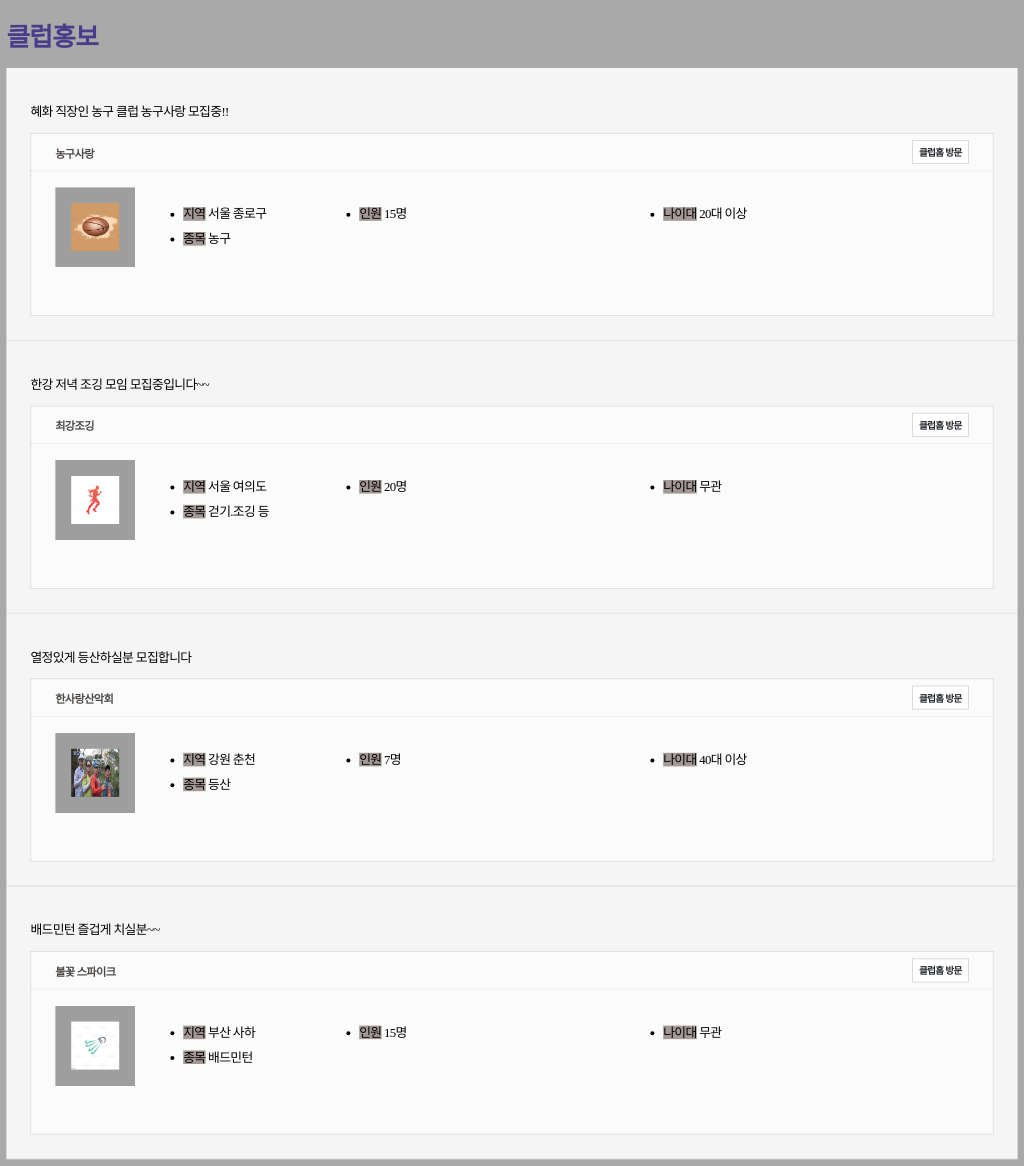
Repository: jaemin333/study
Page: club.html
The author's editor kept a copy of each file at every save. The page is drawn from the files as they stood at one save, then again after the next save.
The browser window is 1280 px wide. The pictures show the whole page, at 80% of full size.
Pictures or frames that could not be fetched are drawn as grey boxes.

Above is the page before, as saved 2021-07-02 22:04:24.

After the next save:
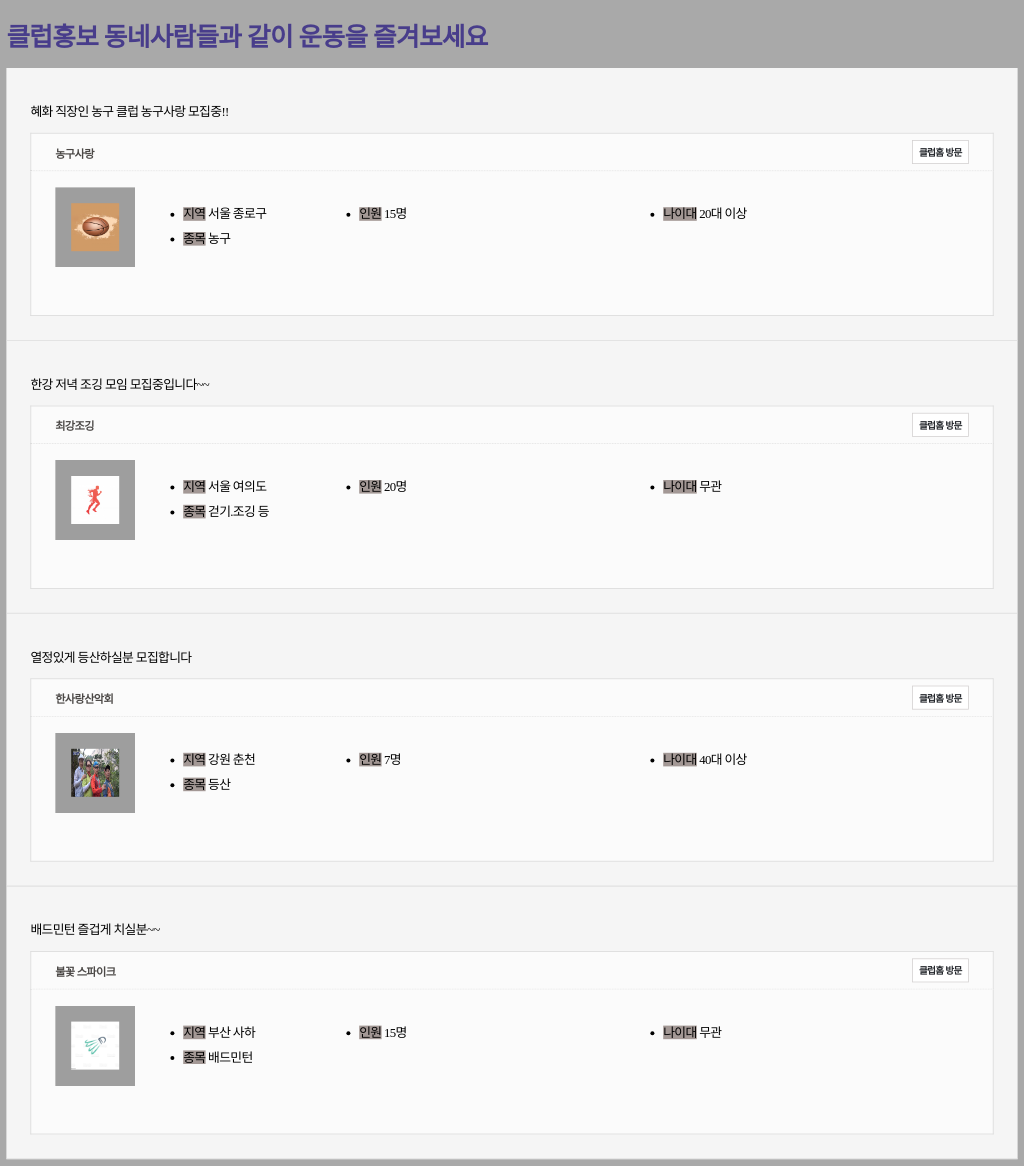
Saved 76 s later.
--- a/club.html
+++ b/club.html
@@ -9,7 +9,7 @@
 </head>
 <body>
     <div class="title">
-        <h1 class="h1">클럽홍보</h1>
+        <h1 class="h1">클럽홍보 동네사람들과 같이 운동을 즐겨보세요</h1>
         <span class = "sentence">동네사람들과 같이 운동을 즐겨보세요</span>
     </div>
 

After the save that followed:
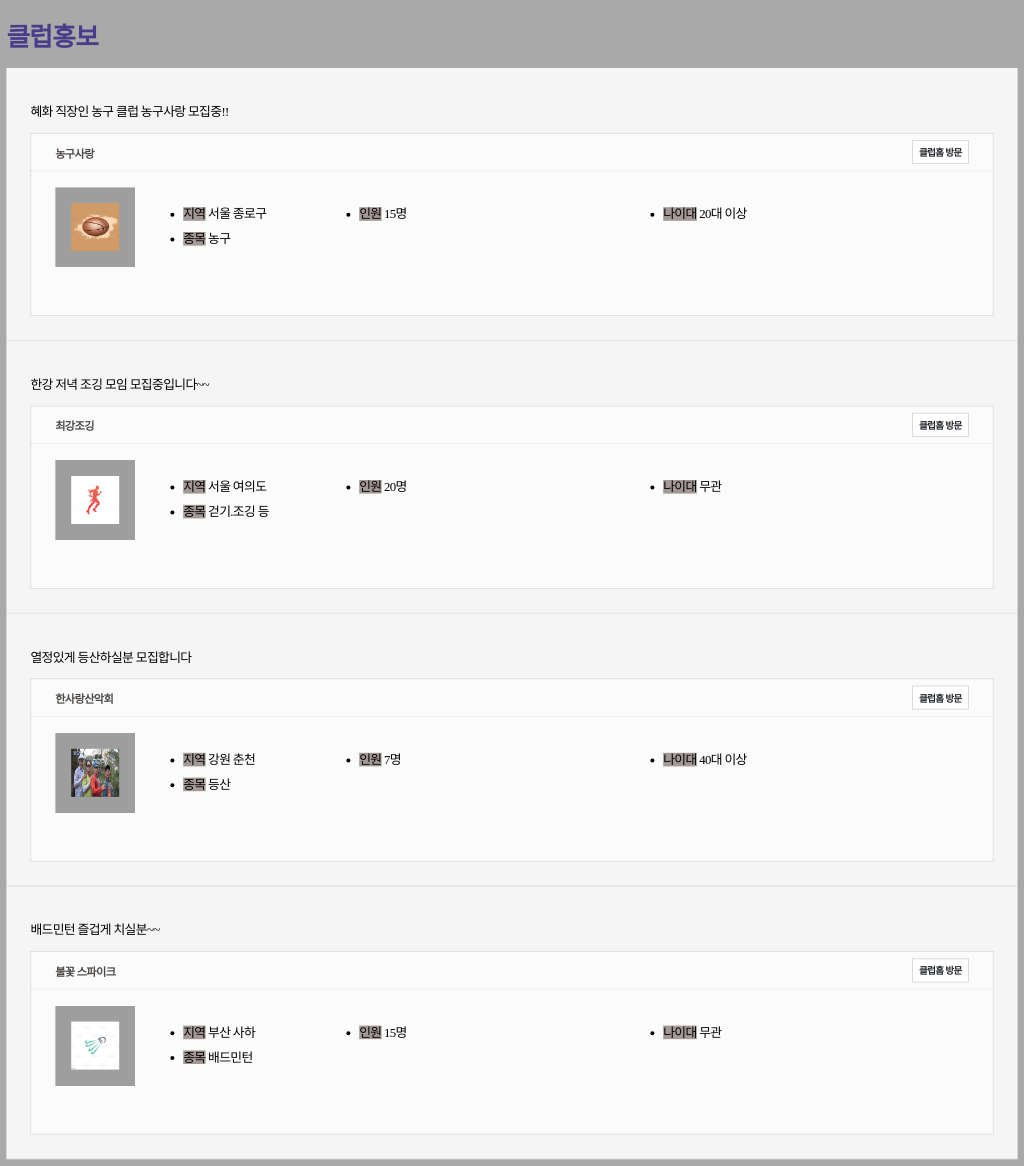
Saved 19 s later.
--- a/club.html
+++ b/club.html
@@ -9,7 +9,7 @@
 </head>
 <body>
     <div class="title">
-        <h1 class="h1">클럽홍보 동네사람들과 같이 운동을 즐겨보세요</h1>
+        <h1 class="h1">클럽홍보</h1>
         <span class = "sentence">동네사람들과 같이 운동을 즐겨보세요</span>
     </div>
 
